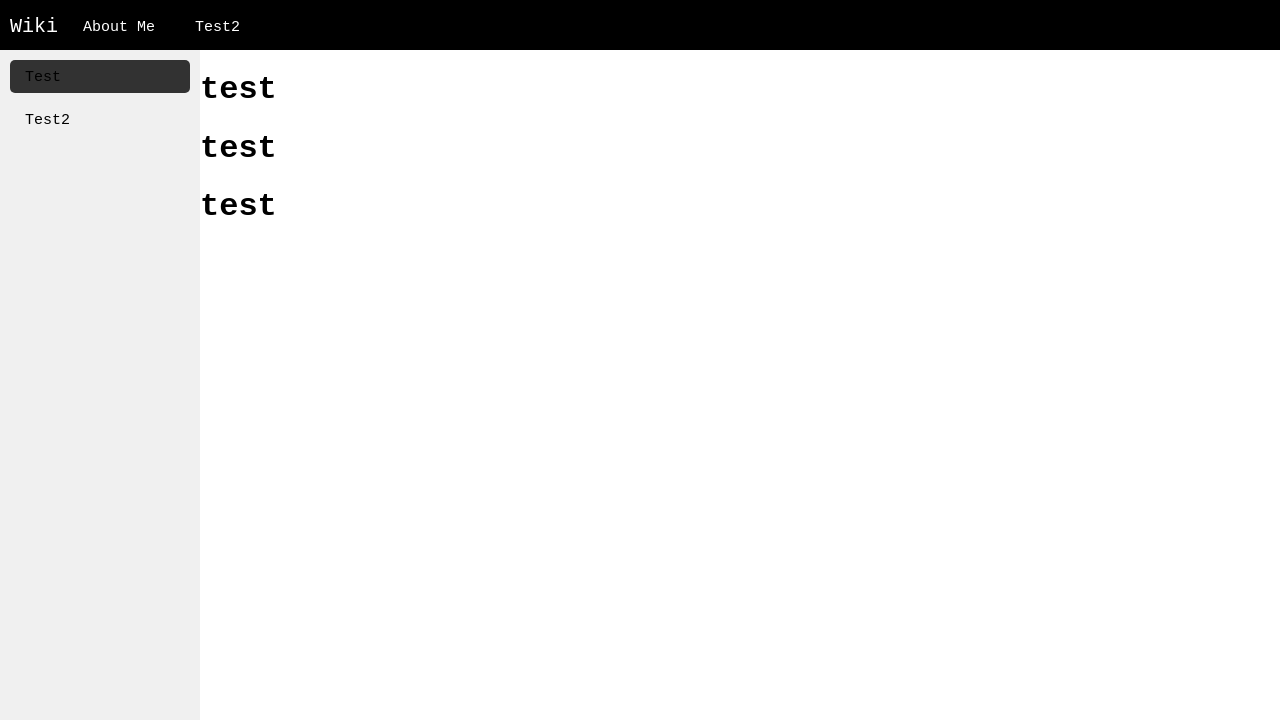
Repository: TimKral5/WikiPage
Page: index.html
The author's editor kept a copy of each file at every save. The page is drawn from the files as they stood at one save, then again after the next save.
The browser window is 1280 px wide. The pictures show the whole page.
The pointer rests on the first visible `div.nav-side > a.item`.

Above is the page before, as saved 2022-11-10 18:42:07.

After the next save:
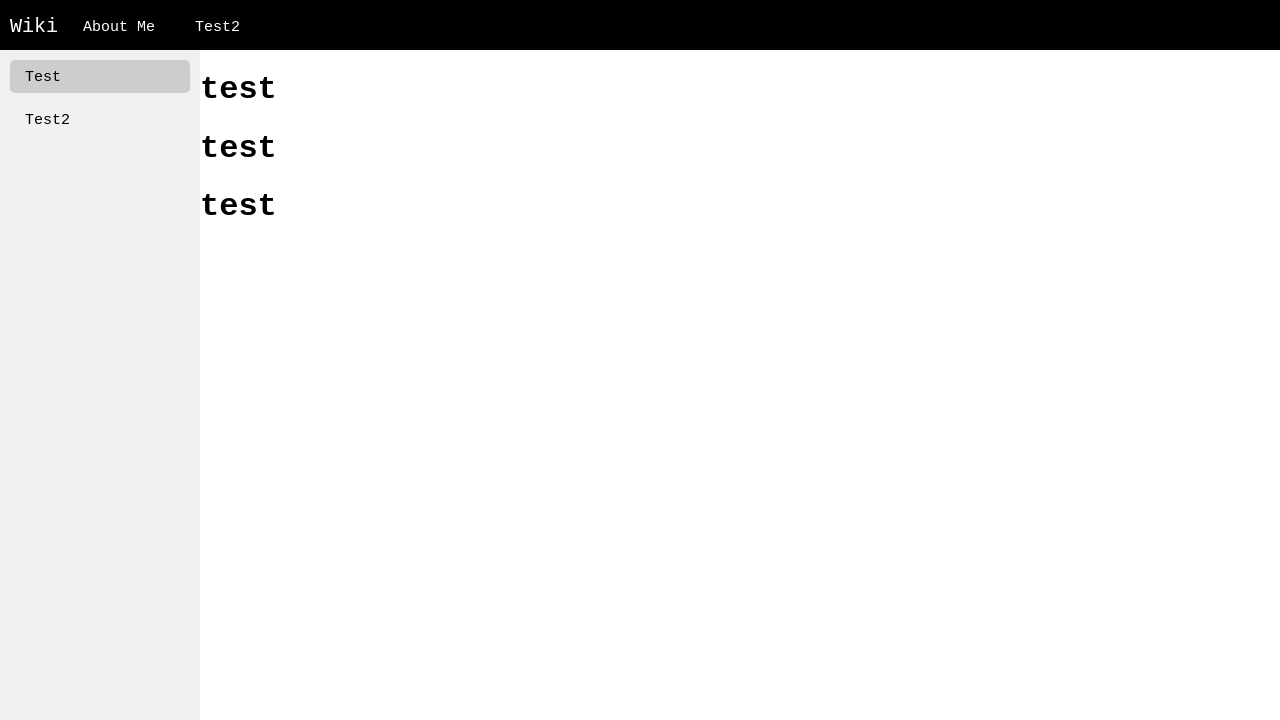
Saved 56 s later.
--- a/style.css
+++ b/style.css
@@ -82,5 +82,5 @@ div.nav-side > a.item {
 }
 
 div.nav-side > a.item:hover {
-    background-color: rgb(50 50 50);
+    background-color: rgb(205 205 205);
 }
